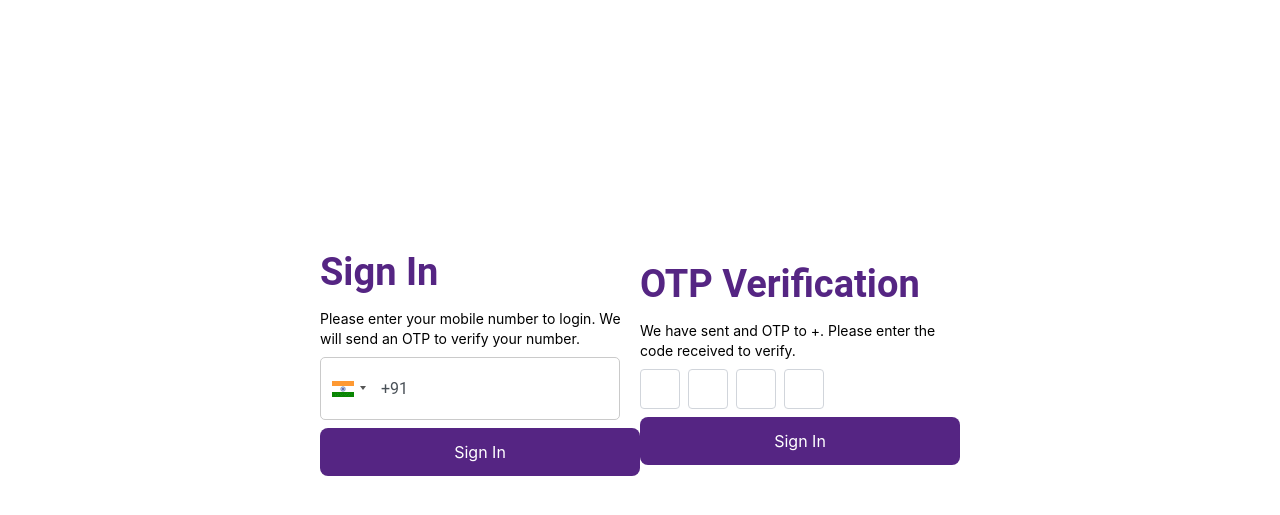
Repository: jayaprakash27/helloar-task
Page: /
An editor plug-in stored every save of this project. The page is shown before and after the next save, followed by the edit.
The browser window is 1280 px wide. The pictures show the whole page.
The project was rebuilt for these pictures with package versions that can differ from the ones it lists, and the page was loaded fresh each time.

Above is the page before, as saved 2023-10-27 00:01:17.

After the next save:
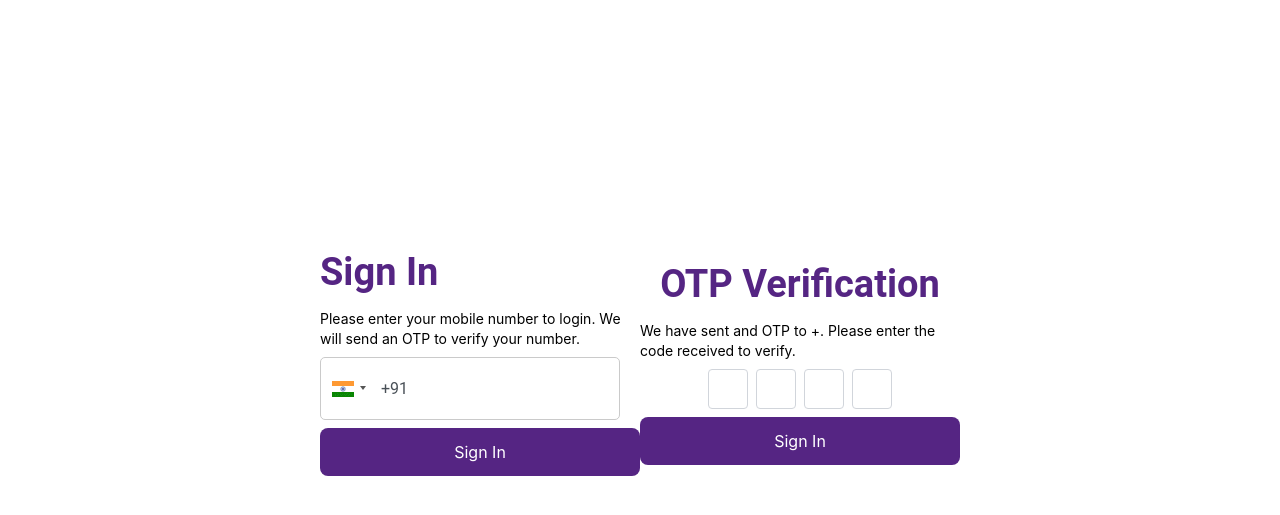
Saved 86 s later.
--- a/src/components/Login.jsx
+++ b/src/components/Login.jsx
@@ -82,7 +82,7 @@ function Login() {
           Sign In{" "}
         </button>
       </div>
-      <div className=" login-box flex flex-col w-80 gap-2 justify-center">
+      <div className=" login-box flex flex-col w-80 gap-2 items-center justify-center">
         <h1 className=" text-primary-color font-semibold">OTP Verification</h1>
         <p className=" text-sm">
           We have sent and OTP to +{phoneNumber}. Please enter the code received
